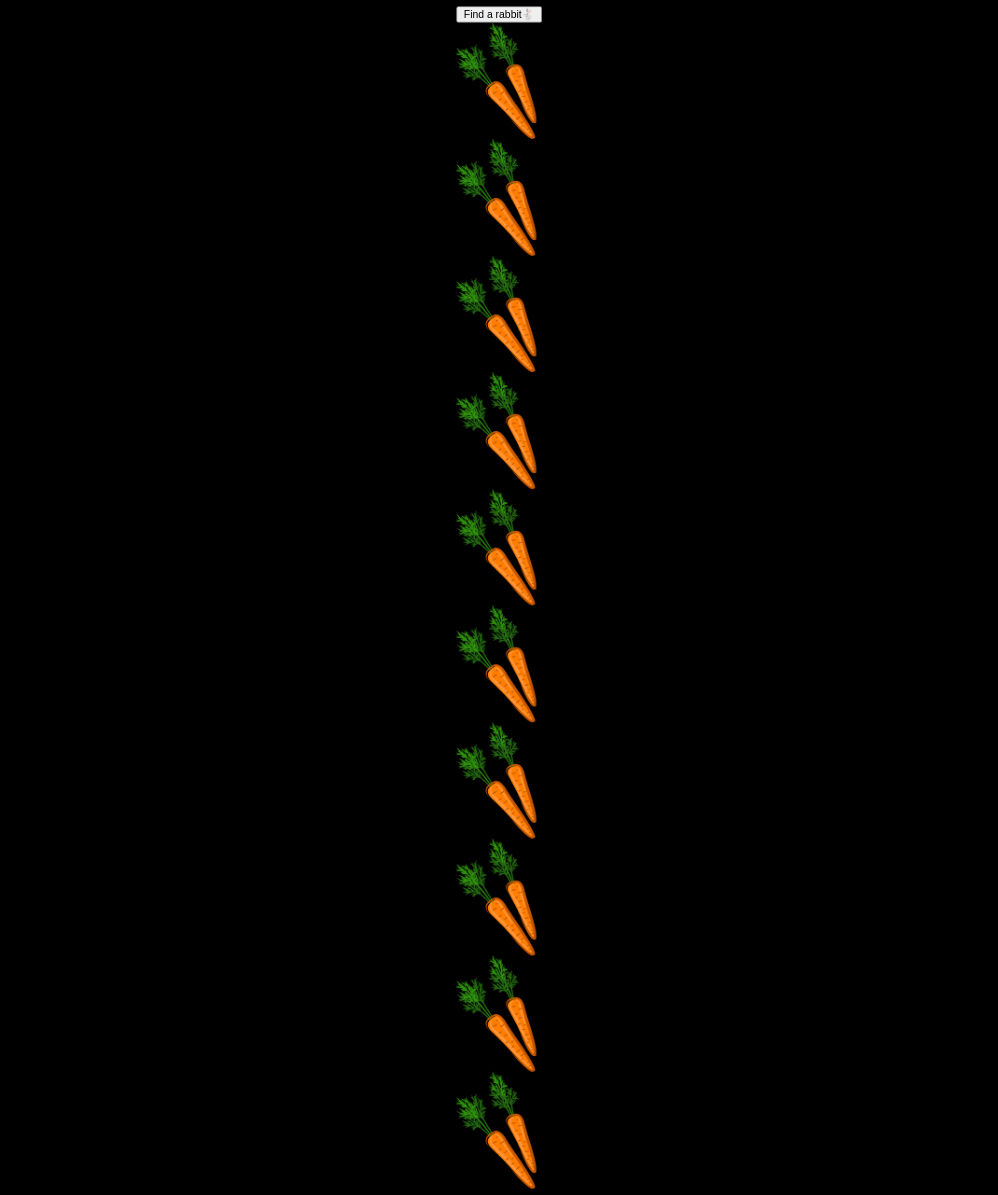
Repository: dhchun1203/browser-practice-works-
Page: rabbits/index.html
These files come from the project's save history. The page is drawn as it stood at one moment and after the next save; the edit follows.
The browser window is 1280 px wide. The pictures show the whole page, at 78% of full size.

Above is the page before, as saved 2021-01-04 12:09:35.

### rabbits/index.html
<!DOCTYPE html>
<html lang="en">
	<head>
		<meta charset="UTF-8" />
		<meta name="viewport" content="width=device-width, initial-scale=1.0" />
		<title>Scroll</title>
		<style>
			body {
				background-color: black;
				display: flex;
				flex-direction: column;
				align-items: center;
			}
			button {
				width: 110px;
			}
			img {
				width: 110px;
			}
		</style>
	</head>
	<body>
		<button>Find a rabbit🐇</button>
		<img src="img/carrot.png" alt="" />
		<img src="img/carrot.png" alt="" />
		<img src="img/carrot.png" alt="" />
		<img src="img/carrot.png" alt="" />
		<img src="img/carrot.png" alt="" />
		<img src="img/carrot.png" alt="" />
		<img src="img/carrot.png" alt="" />
		<img src="img/carrot.png" alt="" />
		<img src="img/carrot.png" alt="" />
		<img src="img/carrot.png" alt="" />
		<script></script>
	</body>
</html>

After the next save:
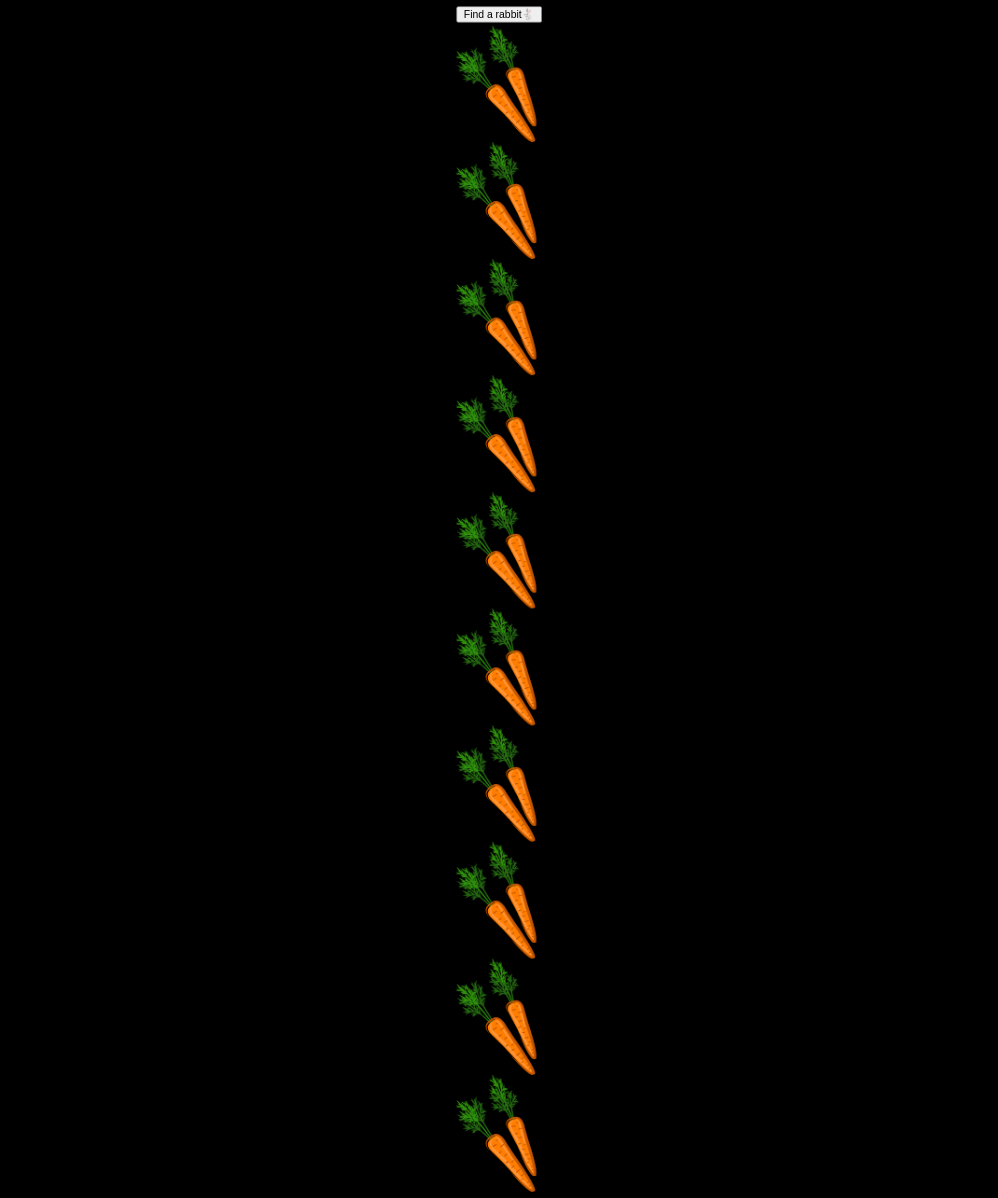
Saved 12 s later.
--- a/rabbits/index.html
+++ b/rabbits/index.html
@@ -13,6 +13,7 @@
 			}
 			button {
 				width: 110px;
+				margin-bottom: 4px;
 			}
 			img {
 				width: 110px;
